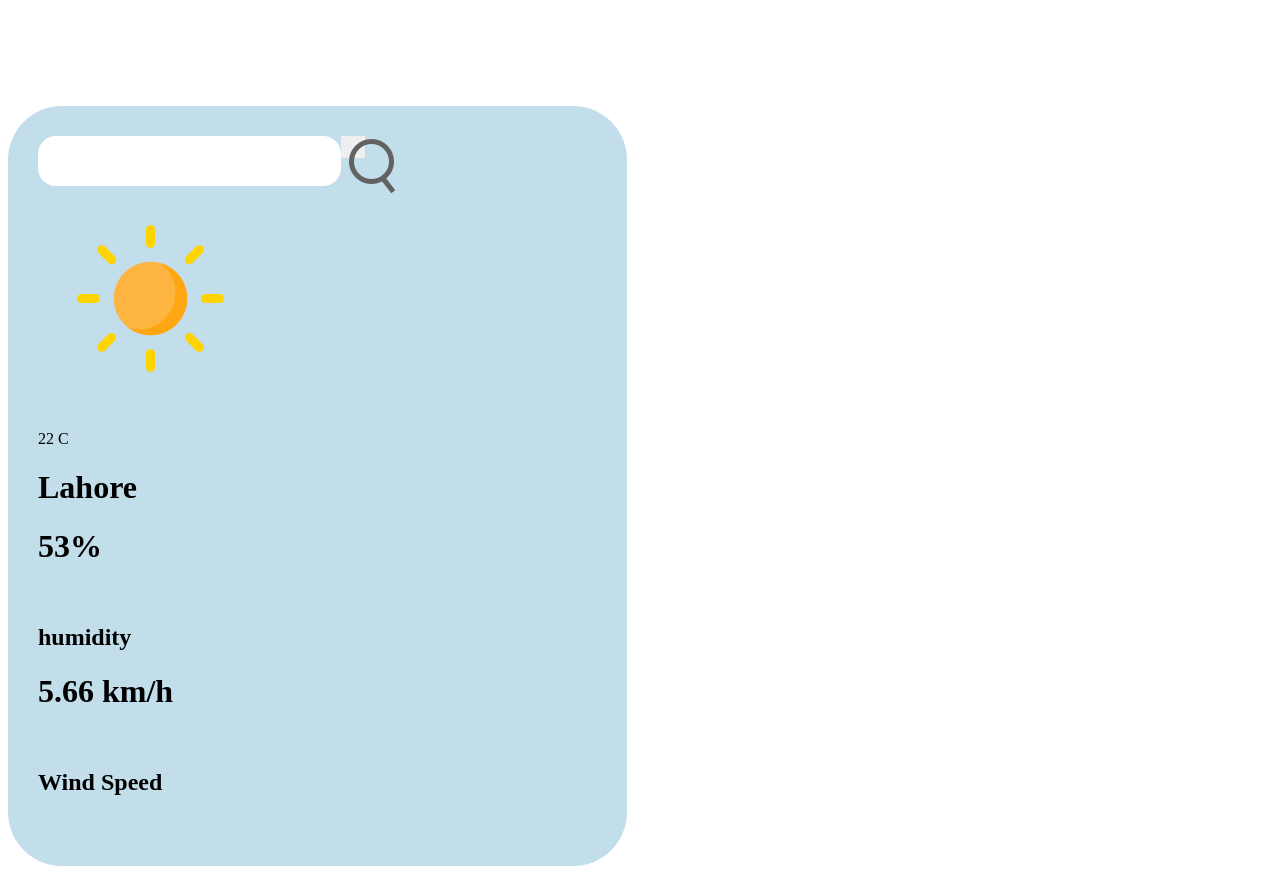
Repository: WajihaGul/Javascripts-Projects
Page: WEATHER APP/index.html
These files come from the project's save history. The page is drawn as it stood at one moment and after the next save; the edit follows.
The browser window is 1280 px wide. The pictures show the whole page.

Above is the page before, as saved 2024-06-07 15:23:50.
Not found: WEATHER APP/script.js

After the next save:
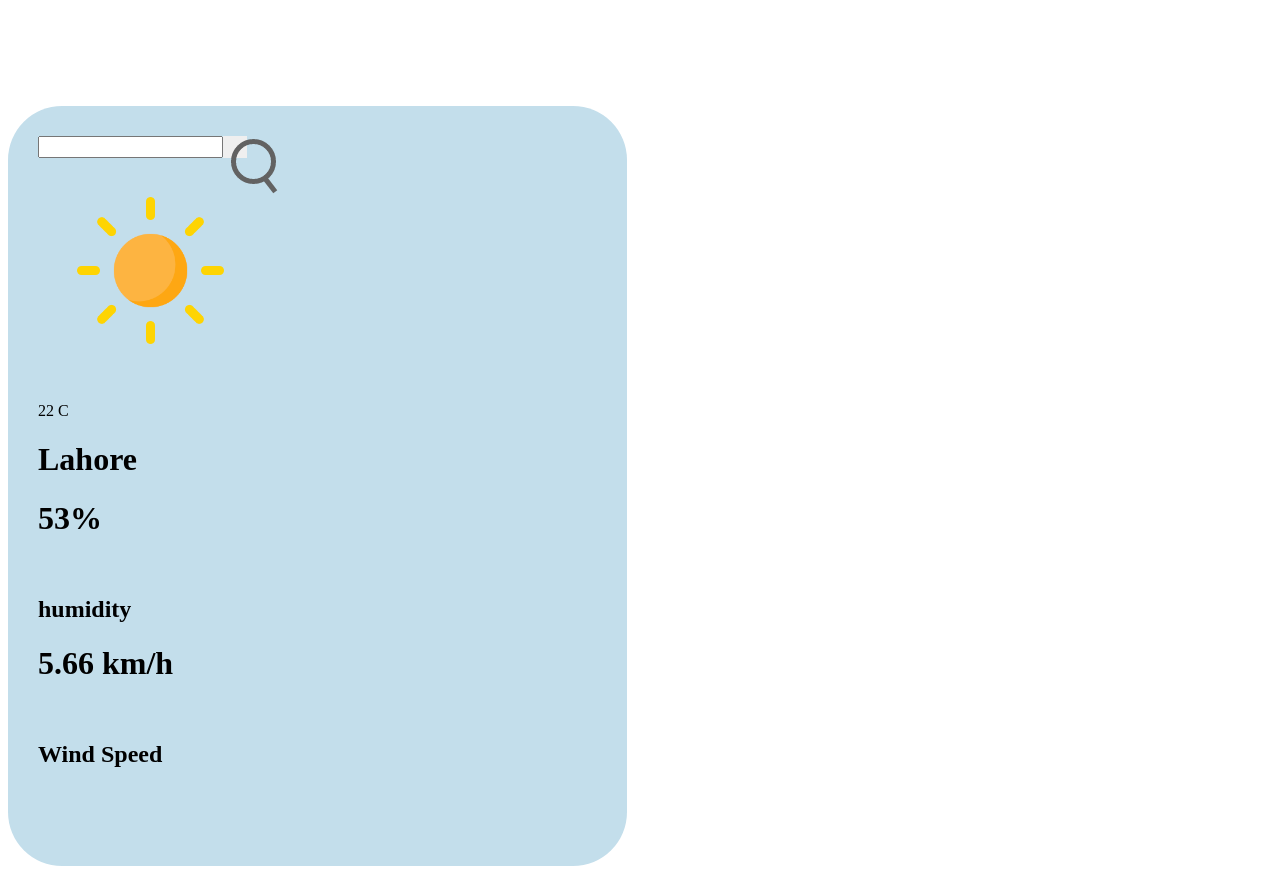
Saved 37 s later.
--- a/WEATHER APP/style.css
+++ b/WEATHER APP/style.css
@@ -8,13 +8,13 @@
     height: 700px;
     padding: 30px
 }
-.SearchInput{
+/* .SearchInput{
     width: 303px;
     height: 50px;
     border-radius: 18px;
     padding: 10px;
     border-color: transparent;
-}
+} */
 .SearchDiv{
     display: flex;
     flex-direction: row;

After the save that followed:
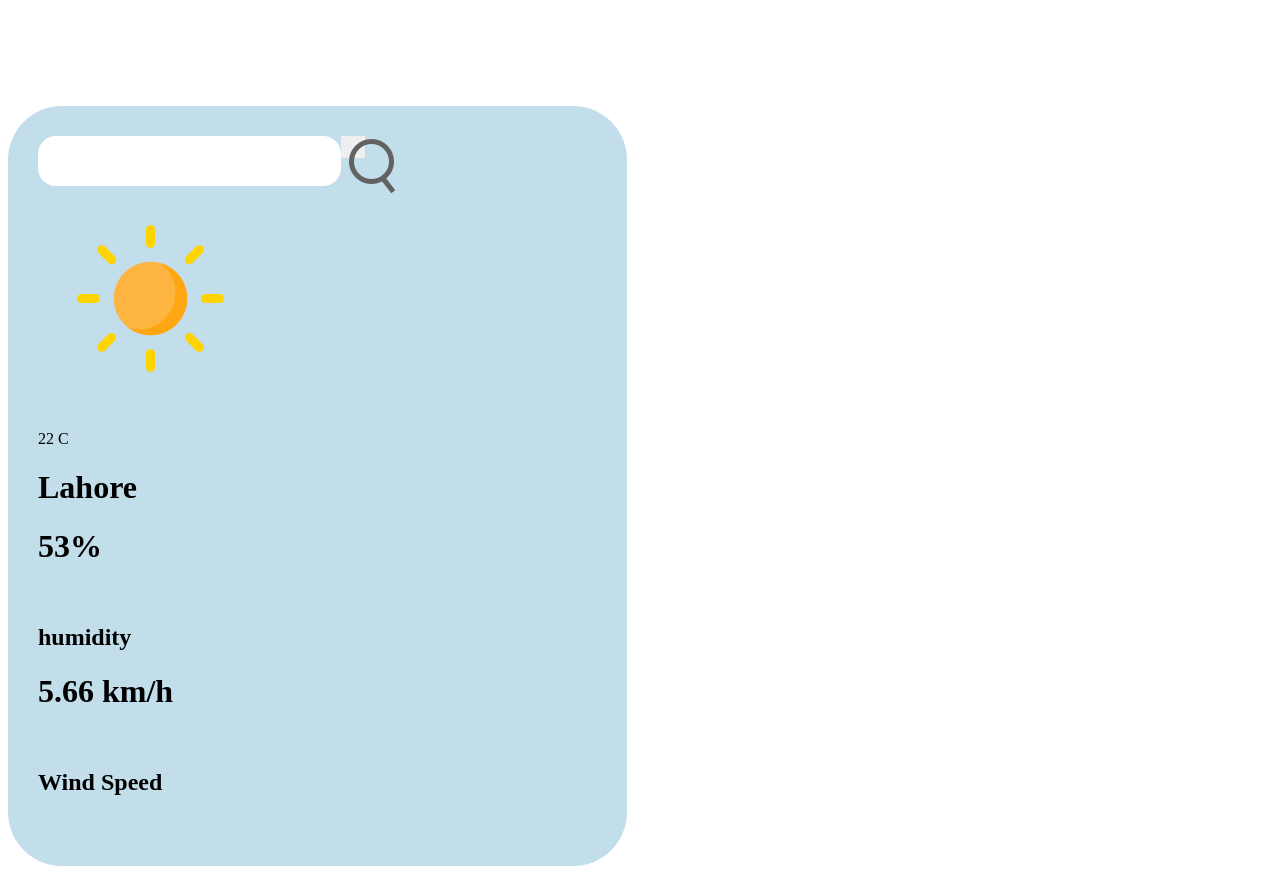
Saved 10 s later.
--- a/WEATHER APP/style.css
+++ b/WEATHER APP/style.css
@@ -8,13 +8,13 @@
     height: 700px;
     padding: 30px
 }
-/* .SearchInput{
+ .SearchInput{
     width: 303px;
     height: 50px;
     border-radius: 18px;
     padding: 10px;
     border-color: transparent;
-} */
+}
 .SearchDiv{
     display: flex;
     flex-direction: row;
